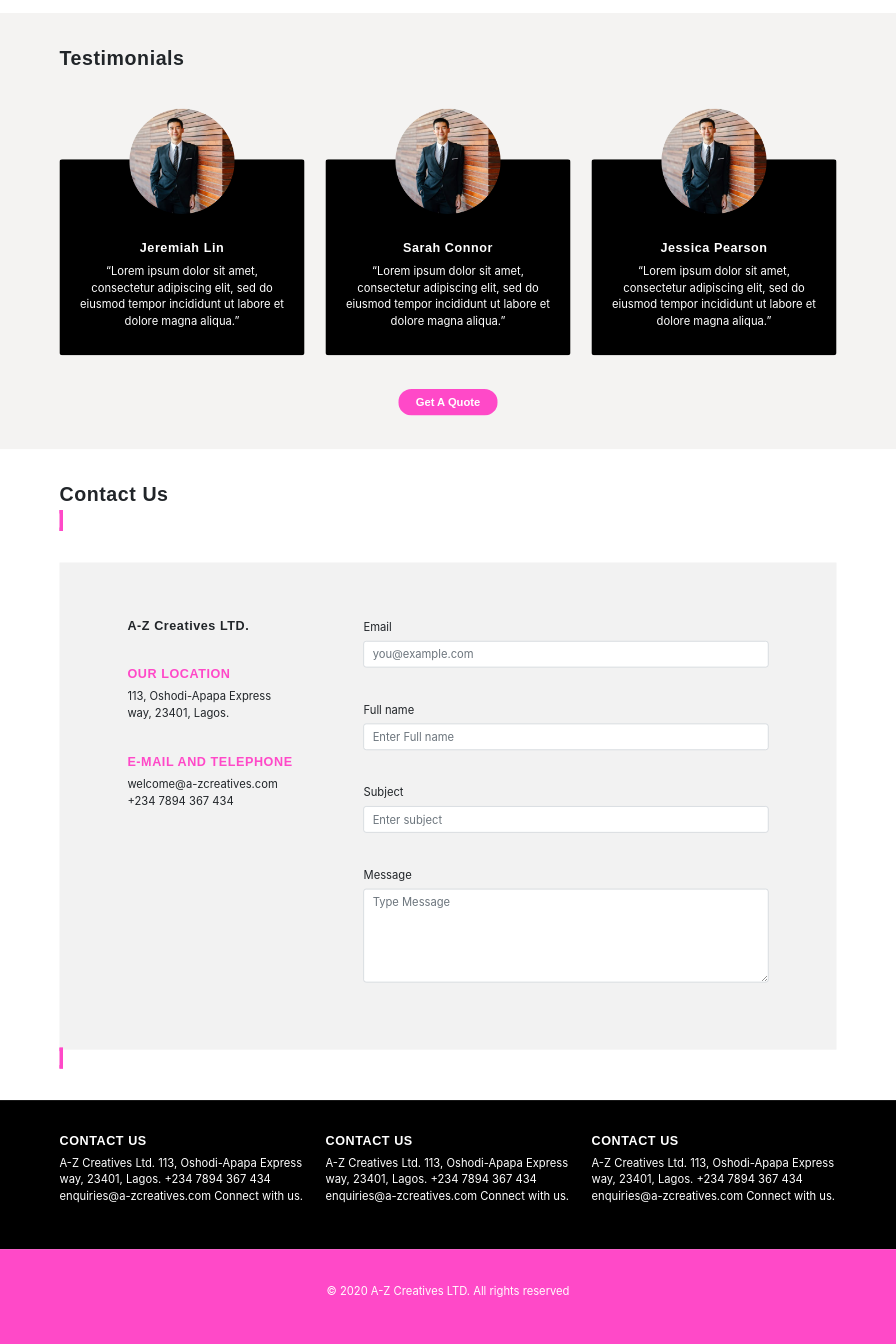
Repository: Syfon01/hng-port
Page: index.html
The author's editor kept a copy of each file at every save. The page is drawn from the files as they stood at one save, then again after the next save.
The browser window is 1280 px wide. The pictures show the part of the page from y = 3242 to 5162 px (the page is 5162 px tall before and 5132 px after), at 70% of full size.
Some web fonts or font styles are not loaded; a fallback is used.

Above is the page before, as saved 2020-06-28 20:24:20.

After the next save:
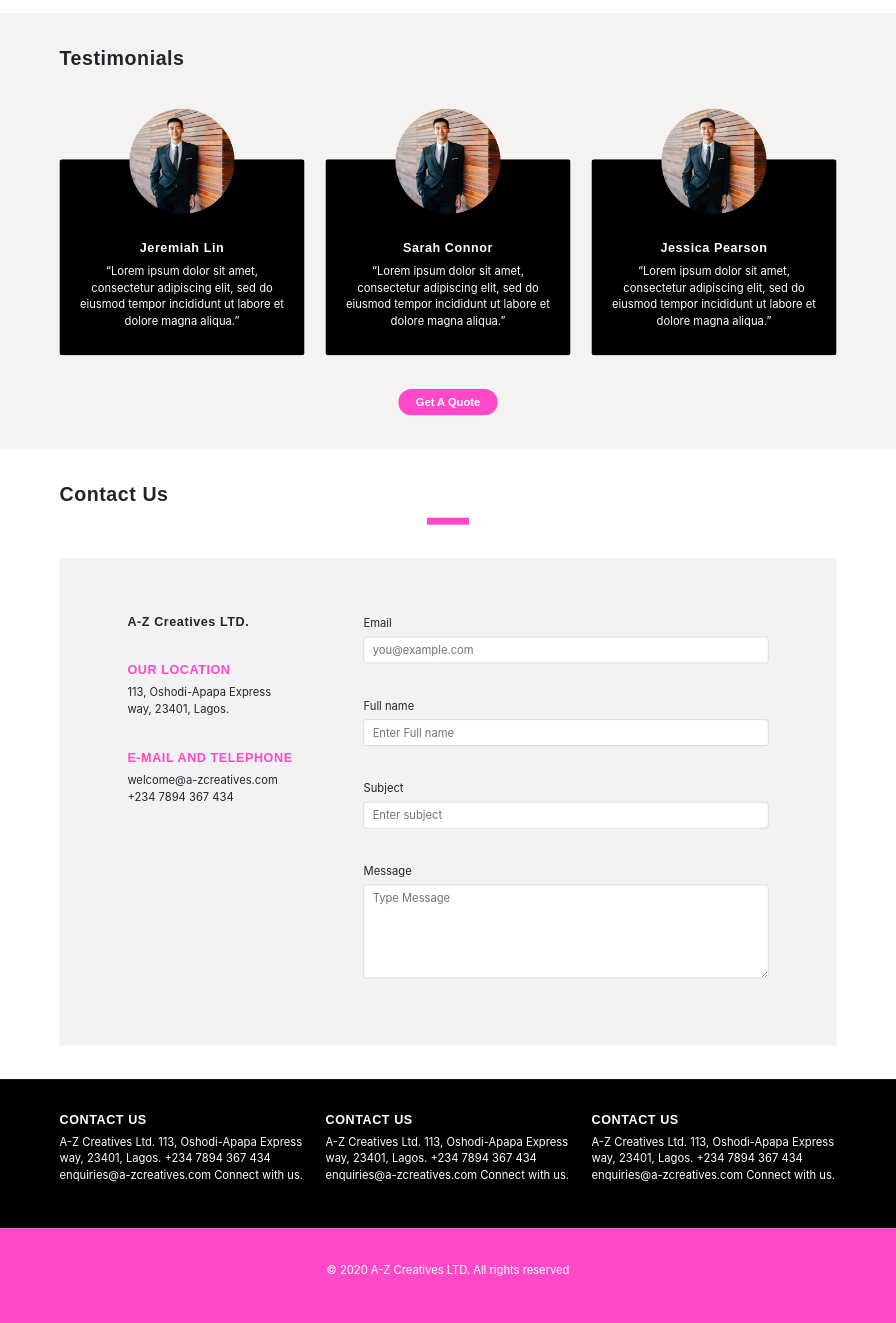
Saved 46 s later.
--- a/index.html
+++ b/index.html
@@ -465,7 +465,7 @@
         <h3>
           Contact Us
         </h3>
-        <span class="hr">
+        <hr class="hr">
 
 
         <div class="contact-form mt-5 contact-pad">
